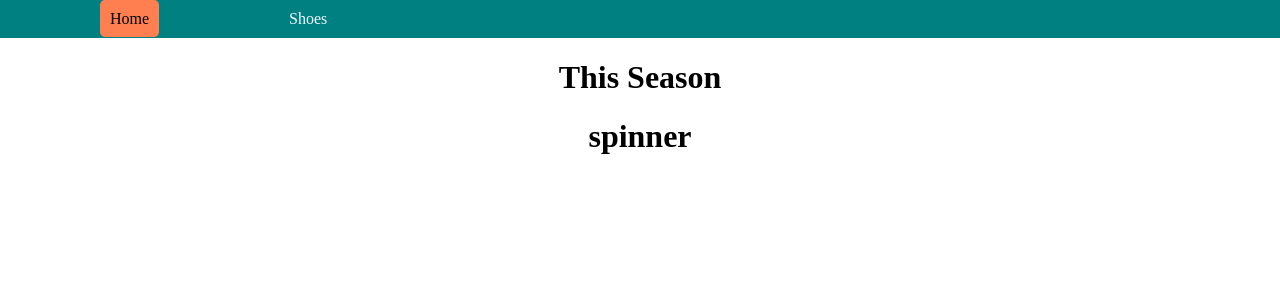
Repository: SalehK98/shop_app
Page: /
An editor plug-in stored every save of this project. The page is shown before and after the next save, followed by the edit.
The browser window is 1280 px wide. The pictures show the whole page.
The page's requests for data from a server got no answer. The project was rebuilt for these pictures with package versions that can differ from the ones it lists, and the page was loaded fresh each time. No one was signed in, and anything a server would have sent is missing. Also part of the build but not shown: src/components/ShoeCard/ShoeCard.jsx, src/pages/Shoes/Shoes.jsx, src/pages/Shoe/Shoe.jsx, src/pages/Error/Error.jsx. Imported but missing from the stored project, and not drawn on this page: src/assets/video/preview.mp4.

Above is the page before, as saved 2023-02-28 11:15:14.

### src/index.css
body {
  margin: 0;
  padding: 0;
  box-sizing: border-box;

  font-family: cursive;
  /* font-family: -apple-system, BlinkMacSystemFont, "Segoe UI", "Roboto", "Oxygen",
    "Ubuntu", "Cantarell", "Fira Sans", "Droid Sans", "Helvetica Neue",
    sans-serif;
  -webkit-font-smoothing: antialiased;
  -moz-osx-font-smoothing: grayscale; */
}

code {
  font-family: source-code-pro, Menlo, Monaco, Consolas, "Courier New",
    monospace;
}

#root {
  margin: 0;
  padding: 0;
}

### src/App.js
import "./App.css";
import { createBrowserRouter, RouterProvider } from "react-router-dom";
import Home from "./pages/Home/Home";
import Shoes from "./pages/Shoes/Shoes";
import Shoe from "./pages/Shoe/Shoe";
import Error from "./pages/Error/Error";
import LayoutWrapper from "./components/LayoutWrapper/LayoutWrapper";

function App() {
  const router = createBrowserRouter([
    {
      path: "",
      element: <LayoutWrapper />,
      errorElement: <Error />,
      children: [
        {
          path: "/",
          element: <Home />,
        },
        {
          path: "shoes",
          element: <Shoes />,
        },
        {
          path: "shoes/:showId",
          element: <Shoe />,
        },
        {
          path: "addShoe",
          element: <Shoes />,
        },
      ],
    },
  ]);
  return (
    <div className="App">
      <RouterProvider router={router} />
    </div>
  );
}

export default App;

### src/App.css
.App {
  text-align: center;
  margin: 0;
  padding: 0;
}

### src/pages/Home/Home.jsx
import React, { useEffect, useRef, useState } from "react";
import preview from "../../assets/video/preview.mp4";
import ShoeCard from "../../components/ShoeCard/ShoeCard";
import fetchData from "../../utilities";

export default function Home() {
  const [data, setData] = useState(null);
  // const video = new VideoPlayer();

  const videoRef = useRef(null);

  const [playing, setPlaying] = useState(false);

  useEffect(() => {
    fetchData().then((res) => {
      setData(res);
      console.log("data", data);
    });
  }, []);

  return (
    <div>
      {/* <video
        onClick={() => {
          console.log("videoRef3", videoRef);
        }}
        onCanPlay={() => {
          console.log("videoRef", videoRef);
          console.log("playing", playing);
          setPlaying(true);
          console.log("videoRef", videoRef);
          console.log("playing", playing);
        }}
        onPlaying={() => {
          console.log("videoRef2", videoRef);
        }}
        // onClick={handleClick}
        // ref={videoRef}
        src={preview}
        autoPlay
        // loop
        // muted
        controls
        width="80%"
        // height="80vh"
        style={{
          boxSizing: "border-box",
          // marginTop: "70px",
          padding: "0",
          zIndex: "-2",
          // position: "relative",
        }}
      /> */}
      {/* {playVideo()} */}
      <h1>This Season</h1>

      {data ? (
        data.map((el) => {
          return <h1>{el.name}</h1>;
        })
      ) : (
        <h1>spinner</h1>
      )}
      {/* <ShoeCard /> */}
    </div>
  );
}

### src/components/LayoutWrapper/LayoutWrapper.jsx
import React from "react";
import { Outlet } from "react-router";
import NavBar from "../NavBar/NavBar";

export default function LayoutWrapper() {
  return (
    <div>
      <NavBar />
      <Outlet />
    </div>
  );
}

### src/utilities.js
async function fetchData() {
  let data;
  await fetch("https://63fa279abeec322c57ee67b5.mockapi.io/shop/shoe")
    .then((res) => {
      if (!res.ok) {
        throw new Error("response was not ok");
      }
      return res.json();
    })
    .then((results) => {
      data = results;
    })
    .catch((err) => {
      console.log("Error", err);
    });
  console.log("here", data);
  return data;
}

export default fetchData;

### src/components/NavBar/NavBar.jsx
import React from "react";
import { NavLink } from "react-router-dom";
import "./NavBar.module.css";

export default function NavBar() {
  let activeStyle = {
    color: "black",
    backgroundColor: "coral",
    border: "transparent",
    borderRadius: "5px",
  };
  return (
    <nav>
      <ul>
        <li>
          <NavLink
            to="/"
            style={({ isActive }) => (isActive ? activeStyle : undefined)}
          >
            Home
          </NavLink>
        </li>
        <li>
          <NavLink
            to="/shoes"
            style={({ isActive }) => (isActive ? activeStyle : undefined)}
          >
            Shoes
          </NavLink>
        </li>
      </ul>
    </nav>
  );
}

### src/components/NavBar/NavBar.module.css
nav {
  background-color: teal;
}

ul {
  margin: 0;
  list-style: none;
  display: flex;
  position: sticky;
  top: 0;
  left: 0;
}

li {
  margin: 0 50px;
  padding: 10px;
}

ul li a {
  text-decoration: none;
  color: aliceblue;
  padding: 10px;
}

Loaded but not shown: public/index.html (common file); src/index.js (common file); src/reportWebVitals.js (common file)

After the next save:
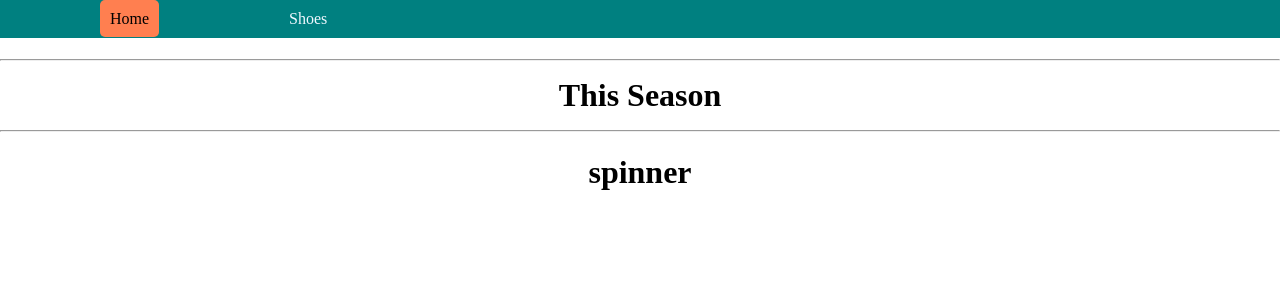
Saved 26 s later.
--- a/src/pages/Home/Home.jsx
+++ b/src/pages/Home/Home.jsx
@@ -52,7 +52,9 @@ export default function Home() {
         }}
       /> */}
       {/* {playVideo()} */}
-      <h1>This Season</h1>
+      <h1>
+        <hr></hr>This Season<hr></hr>
+      </h1>
 
       {data ? (
         data.map((el) => {
